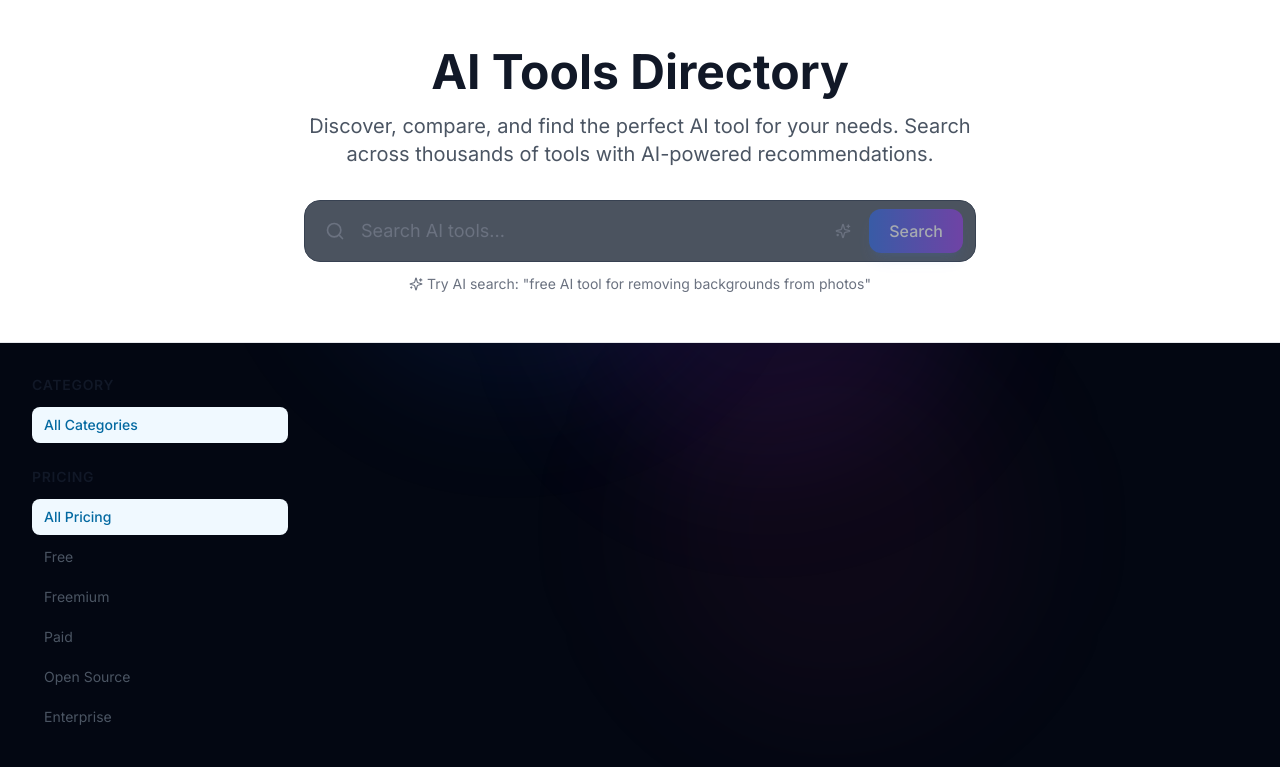
Repository: roshanreddy118/AI-tools-directory
Page: /
An editor plug-in stored every save of this project. The page is shown before and after the next save, followed by the edit.
The browser window is 1280 px wide. The pictures show the whole page.
The page's requests for data from a server got no answer. The project was rebuilt for these pictures with package versions that can differ from the ones it lists, and the page was loaded fresh each time. The framework's server and built-in components were replaced by stand-ins that run in the browser. No one was signed in, and anything a server would have sent is missing. Also part of the build but not shown: next.config.mjs, src/components/ToolCard.tsx.

Above is the page before, as saved 2026-08-27 20:13:02.

After the next save:
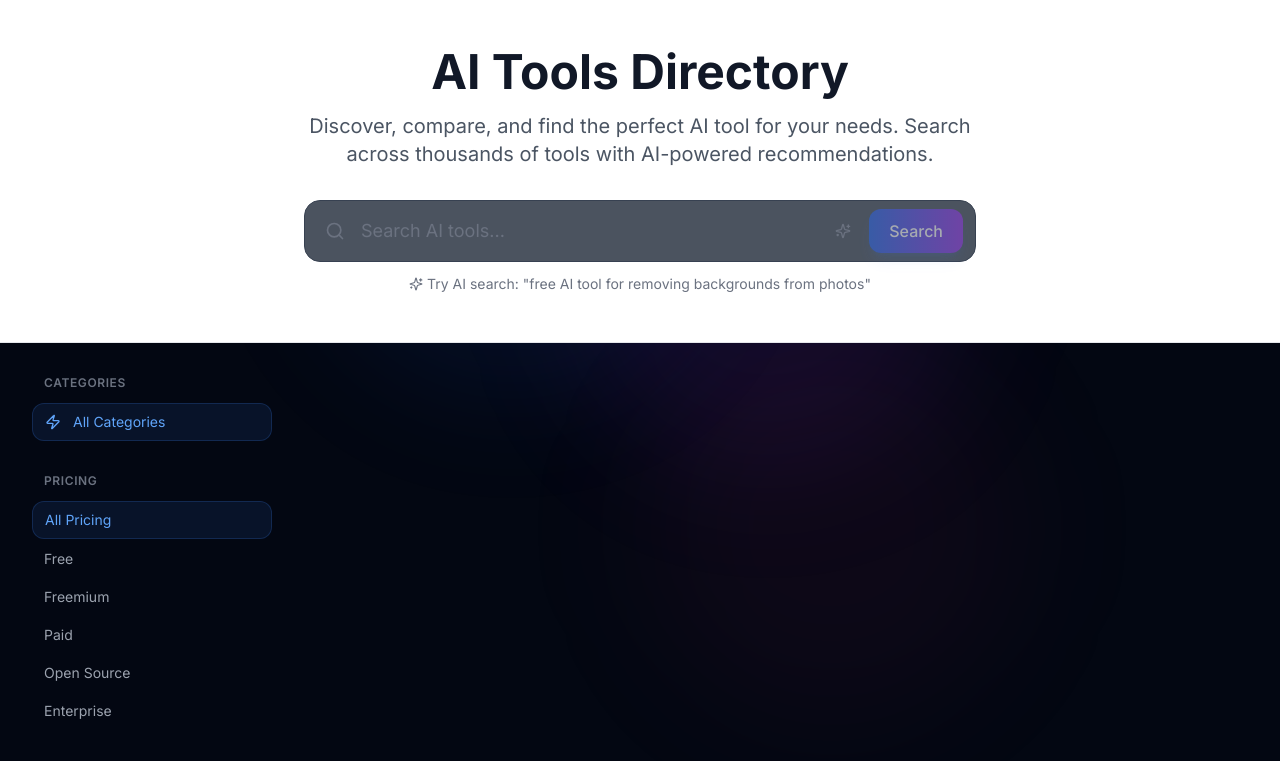
Saved 20 s later.
--- a/src/components/FilterSidebar.tsx
+++ b/src/components/FilterSidebar.tsx
@@ -1,4 +1,20 @@
 "use client";
+
+import {
+  Code,
+  Pen,
+  Image,
+  Video,
+  Music,
+  Zap,
+  Megaphone,
+  Palette,
+  MessageCircle,
+  Search,
+  Database,
+  GraduationCap,
+  Briefcase,
+} from "lucide-react";
 
 interface FilterSidebarProps {
   categories: string[];
@@ -8,12 +24,28 @@ interface FilterSidebarProps {
   onPricingChange: (pricing: string | null) => void;
 }
 
+const categoryIcons: Record<string, React.ReactNode> = {
+  Coding: <Code className="w-4 h-4" />,
+  Writing: <Pen className="w-4 h-4" />,
+  "Image Generation": <Image className="w-4 h-4" />,
+  Video: <Video className="w-4 h-4" />,
+  Audio: <Music className="w-4 h-4" />,
+  Productivity: <Zap className="w-4 h-4" />,
+  Marketing: <Megaphone className="w-4 h-4" />,
+  Design: <Palette className="w-4 h-4" />,
+  Chatbot: <MessageCircle className="w-4 h-4" />,
+  Research: <Search className="w-4 h-4" />,
+  Data: <Database className="w-4 h-4" />,
+  Education: <GraduationCap className="w-4 h-4" />,
+  Business: <Briefcase className="w-4 h-4" />,
+};
+
 const pricingOptions = [
-  { value: "free", label: "Free" },
-  { value: "freemium", label: "Freemium" },
-  { value: "paid", label: "Paid" },
-  { value: "open-source", label: "Open Source" },
-  { value: "enterprise", label: "Enterprise" },
+  { value: "free", label: "Free", color: "text-emerald-400" },
+  { value: "freemium", label: "Freemium", color: "text-blue-400" },
+  { value: "paid", label: "Paid", color: "text-amber-400" },
+  { value: "open-source", label: "Open Source", color: "text-purple-400" },
+  { value: "enterprise", label: "Enterprise", color: "text-pink-400" },
 ];
 
 export function FilterSidebar({
@@ -24,34 +56,36 @@ export function FilterSidebar({
   onPricingChange,
 }: FilterSidebarProps) {
   return (
-    <aside className="w-64 flex-shrink-0">
-      <div className="sticky top-4 space-y-6">
+    <aside className="w-60 flex-shrink-0 hidden lg:block">
+      <div className="sticky top-4 space-y-8">
         {/* Categories */}
         <div>
-          <h3 className="text-sm font-semibold text-gray-900 uppercase tracking-wider mb-3">
-            Category
+          <h3 className="text-xs font-semibold text-gray-500 uppercase tracking-wider mb-3 px-3">
+            Categories
           </h3>
-          <div className="space-y-1">
+          <div className="space-y-0.5">
             <button
               onClick={() => onCategoryChange(null)}
-              className={`block w-full text-left px-3 py-2 rounded-lg text-sm transition-colors ${
+              className={`flex items-center gap-3 w-full text-left px-3 py-2 rounded-xl text-sm transition-all ${
                 !selectedCategory
-                  ? "bg-primary-50 text-primary-700 font-medium"
-                  : "text-gray-600 hover:bg-gray-100"
+                  ? "bg-blue-500/10 text-blue-400 border border-blue-500/20"
+                  : "text-gray-400 hover:text-gray-200 hover:bg-gray-800/50"
               }`}
             >
+              <Zap className="w-4 h-4" />
               All Categories
             </button>
             {categories.map((category) => (
               <button
                 key={category}
                 onClick={() => onCategoryChange(category)}
-                className={`block w-full text-left px-3 py-2 rounded-lg text-sm transition-colors ${
+                className={`flex items-center gap-3 w-full text-left px-3 py-2 rounded-xl text-sm transition-all ${
                   selectedCategory === category
-                    ? "bg-primary-50 text-primary-700 font-medium"
-                    : "text-gray-600 hover:bg-gray-100"
+                    ? "bg-blue-500/10 text-blue-400 border border-blue-500/20"
+                    : "text-gray-400 hover:text-gray-200 hover:bg-gray-800/50"
                 }`}
               >
+                {categoryIcons[category] || <Zap className="w-4 h-4" />}
                 {category}
               </button>
             ))}
@@ -60,16 +94,16 @@ export function FilterSidebar({
 
         {/* Pricing */}
         <div>
-          <h3 className="text-sm font-semibold text-gray-900 uppercase tracking-wider mb-3">
+          <h3 className="text-xs font-semibold text-gray-500 uppercase tracking-wider mb-3 px-3">
             Pricing
           </h3>
-          <div className="space-y-1">
+          <div className="space-y-0.5">
             <button
               onClick={() => onPricingChange(null)}
-              className={`block w-full text-left px-3 py-2 rounded-lg text-sm transition-colors ${
+              className={`block w-full text-left px-3 py-2 rounded-xl text-sm transition-all ${
                 !selectedPricing
-                  ? "bg-primary-50 text-primary-700 font-medium"
-                  : "text-gray-600 hover:bg-gray-100"
+                  ? "bg-blue-500/10 text-blue-400 border border-blue-500/20"
+                  : "text-gray-400 hover:text-gray-200 hover:bg-gray-800/50"
               }`}
             >
               All Pricing
@@ -78,10 +112,10 @@ export function FilterSidebar({
               <button
                 key={option.value}
                 onClick={() => onPricingChange(option.value)}
-                className={`block w-full text-left px-3 py-2 rounded-lg text-sm transition-colors ${
+                className={`block w-full text-left px-3 py-2 rounded-xl text-sm transition-all ${
                   selectedPricing === option.value
-                    ? "bg-primary-50 text-primary-700 font-medium"
-                    : "text-gray-600 hover:bg-gray-100"
+                    ? "bg-blue-500/10 text-blue-400 border border-blue-500/20"
+                    : "text-gray-400 hover:text-gray-200 hover:bg-gray-800/50"
                 }`}
               >
                 {option.label}
